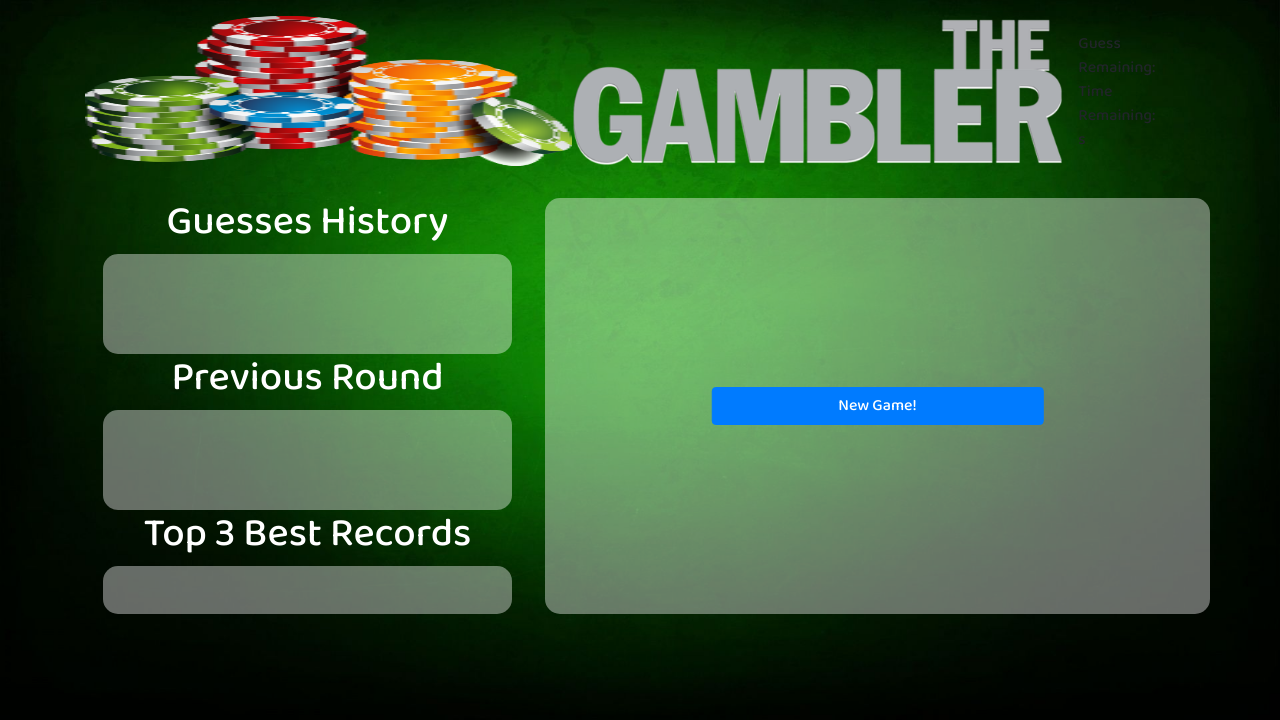
Repository: tts2610/TheCheapShootingGame
Page: index.html
An editor plug-in stored every save of this project. The page is shown before and after the next save, followed by the edit.
The browser window is 1280 px wide. The pictures show the whole page.

Above is the page before, as saved 2020-05-15 12:18:31.

### index.html
<!DOCTYPE html>
<html lang="en">

<head>
    <meta charset="UTF-8">
    <meta name="viewport" content="width=device-width, initial-scale=1.0">
    <title>Document</title>
    <link rel="stylesheet" href="https://maxcdn.bootstrapcdn.com/bootstrap/4.4.1/css/bootstrap.min.css">

    <!-- jQuery library -->
    <script src="https://ajax.googleapis.com/ajax/libs/jquery/3.4.1/jquery.min.js"></script>

    <!-- Popper JS -->
    <script src="https://cdnjs.cloudflare.com/ajax/libs/popper.js/1.16.0/umd/popper.min.js"></script>

    <!-- Latest compiled JavaScript -->
    <script src="https://maxcdn.bootstrapcdn.com/bootstrap/4.4.1/js/bootstrap.min.js"></script>

    <link href="https://fonts.googleapis.com/css2?family=Baloo+2:wght@500&display=swap" rel="stylesheet">

    <link rel="stylesheet" href="css/style.css">

</head>

<body>
    <div aria-live="polite" aria-atomic="true" style="position: relative;">
        <div style="position: absolute; top: 20px; right: 20px;" id="toast-container">
        </div>
    </div>
    <section class="container pb-5 pt-3 numberGuessingBox">
        <div class="img-container">
            <img class="center mb-3" src="img/chips.png" width="auto" height="150">
            <img class="center mb-3" src="img/gambler.png" width="auto" height="150">
            <!-- <img class="center mb-3" src="img/cards.png" width="auto" height="150"> -->
            <div class="result my-3" style="width: 150px; height: 150px;">
                <div class="col">Guess Remaining:
                    <span id="guessRemaining"></span>
                </div>
                <div class="col">Time Remaining:
                    <div id="secondRemaining">s</div>
                </div>
            </div>
        </div>

        <div class="row">
            <div class="col-5 left_handSide px-5">
                <h1 style="text-align: center;">Guesses History</h1>
                <div class="row box-1 py-4 px-4" id="guessHistory">

                </div>
                <h1 style="text-align: center;">Previous Round</h1>
                <div class="row box-3 py-2 px-4" id="previousRound">

                </div>
                <h1 style="text-align: center;">Top 3 Best Records</h1>
                <div class="row box-2 py-4 px-4" id="ranking">

                </div>

            </div>
            <div class="col-7 right_handSide px-5">
                <!-- <button onclick="startGame()" class="btn btn-light" id="startGameBtn">New Game!</button> -->

                <button type="button" class="btn btn-primary" id="startGameBtn" data-toggle="modal" data-target="#exampleModal">
                    New Game!
                  </button>

                <canvas id="myCanvas">

                </canvas>


                <!-- <div id="inputDiv">
                    <div class="form customForm py-5">
                        <input type="number" class="form-control" id="guessInput" placeholder="Enter your guess here:" autofocus="autofocus" required>
                        <div class="submitBtn">
                            <button type="button" class="btn btn-primary mt-4" onclick="guessSubmit()" id="guessBtn">Guess</button>
                            <button type="button" class="btn btn-danger mt-4" onclick="reset()" id=resetBtn>Reset</button>
                        </div>
                    </div>

                    <div class="result my-3">
                        <div>Guess Remaining:
                            <span id="guessRemaining"></span>
                        </div>
                        <div>Time Remaining:
                            <div id="secondRemaining">s</div>
                        </div>
                    </div>
                </div> -->


            </div>
        </div>
    </section>

    <script src="js/script.js"></script>
</body>

<!-- Modal -->
<div class="modal fade" id="exampleModal" tabindex="-1" role="dialog" aria-labelledby="exampleModalLabel" aria-hidden="true">
    <div class="modal-dialog" role="document">
        <div class="modal-content">
            <div class="modal-header">
                <h5 class="modal-title" id="exampleModalLabel">Modal title</h5>
                <button type="button" class="close" data-dismiss="modal" aria-label="Close">
            <span aria-hidden="true">&times;</span>
          </button>
            </div>
            <div class="modal-body">
                ...
            </div>
            <div class="modal-footer">
                <button type="button" class="btn btn-primary" data-dismiss="modal" onclick="startGame()">Save changes</button>
            </div>
        </div>
    </div>
</div>

</html>

### css/style.css
body {
    font-family: 'Baloo 2', cursive;
    background: url(../img/bg.jpg) no-repeat center center fixed;
    background-size: 100% 100%;
    height: 100%;
    position: absolute;
    width: 100%;
}

h1 {
    color: white;
}

::-webkit-scrollbar {
    -webkit-appearance: none;
    width: 7px;
}

 ::-webkit-scrollbar-thumb {
    border-radius: 4px;
    background-color: rgba(0, 0, 0, .5);
    box-shadow: 0 0 1px rgba(255, 255, 255, .5);
}

.numberGuessingBox .row .left_handSide .box-1 {
    background-color: rgb(255, 255, 255);
    /* Fallback color */
    background-color: rgba(255, 255, 255, 0.4);
    height: 100px;
    border-radius: 15px;
    display: flex;
    flex-direction: column;
}

.numberGuessingBox .row .left_handSide .box-2 {
    background-color: rgb(255, 255, 255);
    /* Fallback color */
    background-color: rgba(255, 255, 255, 0.4);
    height: auto;
    border-radius: 15px;
    display: flex;
    flex-direction: column;
}

.numberGuessingBox .row .left_handSide .box-3 {
    background-color: rgb(255, 255, 255);
    /* Fallback color */
    background-color: rgba(255, 255, 255, 0.4);
    height: 100px;
    border-radius: 15px;
    overflow-y: auto;
}

.numberGuessingBox .row .right_handSide {
    background-color: rgb(255, 255, 255);
    /* Fallback color */
    background-color: rgba(255, 255, 255, 0.4);
    /* Black w/opacity/see-through */
    border-radius: 15px;
    width: auto;
    color: white;
    font-weight: bold;
}

.numberGuessingBox .row .right_handSide .customForm {
    width: 50%;
    position: absolute;
    top: 30%;
    left: 50%;
    transform: translate(-50%, -50%);
}

.numberGuessingBox .row .right_handSide .result {
    width: 50%;
    position: absolute;
    top: 65%;
    left: 50%;
    transform: translate(-50%, -50%);
    font-size: xx-large;
    text-align: center;
}

.numberGuessingBox .row .right_handSide .customForm .submitBtn {
    display: flex;
    justify-content: space-around;
}

#inputDiv {
    display: none;
}

#startGameBtn {
    width: 50%;
    position: absolute;
    top: 50%;
    left: 50%;
    transform: translate(-50%, -50%);
}

#ranking {
    display: flex;
    flex-direction: inherit;
}

.center {
    display: block;
    margin-left: auto;
    margin-right: auto;
    width: 50%;
}

.base-timer {
    position: relative;
    width: 100px;
    height: 100px;
}

.base-timer__svg {
    transform: scaleX(-1);
}

.base-timer__circle {
    fill: none;
    stroke: none;
}

.base-timer__path-elapsed {
    stroke-width: 7px;
    stroke: grey;
}

.base-timer__path-remaining {
    stroke-width: 7px;
    stroke-linecap: round;
    transform: rotate(90deg);
    transform-origin: center;
    transition: 1s linear all;
    fill-rule: nonzero;
    stroke: currentColor;
}

.base-timer__path-remaining.green {
    color: rgb(65, 184, 131);
}

.base-timer__path-remaining.orange {
    color: orange;
}

.base-timer__path-remaining.red {
    color: red;
}

.base-timer__label {
    position: absolute;
    width: 100px;
    height: 100px;
    top: 0;
    display: flex;
    align-items: center;
    justify-content: center;
    font-size: 24px;
}

.img-container {
    display: flex;
}

### js/script.js
// FOR NEW GAME EFFECT
let canvas = document.getElementById("myCanvas");
let startGameBtn = document.getElementById("startGameBtn");

// VARIABLE FOR CALCULATE
let historyBox = [];
let bestScores = [];
let previousRecord = [];
let guess = 5;
let second = 20;
let randomNumber = Math.floor(Math.random() * 100) + 1;
let timer;

// USER INPUT
// let input = document.getElementById("guessInput");

// LEFT BOXES
let guessHistory = document.getElementById("guessHistory");
let ranking = document.getElementById("ranking");
let previousRound = document.getElementById("previousRound");

// RIGHT BOXES
// let secondRemaining = document.getElementById("secondRemaining");
// let guessRemaining = document.getElementById("guessRemaining");
// let finalResult = document.getElementById("finalResult");

// BUTTONS
// let guessBtn = document.getElementById("guessBtn");
// let resetBtn = document.getElementById("resetBtn");


// TOASTER + TOASTER OUTPUT
let toaster = document.getElementById("toast-container");
let prompts = { 1: "Too Low!", 2: "Too High!", 3: "You already input that number!", 4: "Better luck next time!", 5: "Great Job!", 6: "Please input your number!" }


// =========== MAIN ============

// ENTER KEY PRESSED
// $(document).keypress(function(e) {
//     if (e.which == 13) {
//         $("#guessBtn").click();
//     }
// });

$(document).ready(function() {
    canvas.style.display = "none";
    // input.disabled = true;
    // guessBtn.disabled = true;
    // resetBtn.disabled = true;
});

// NEW-GAME BUTTON PRESSED
function startGame() {
    window.scroll(0, 0);
    toaster.innerHTML = ""
        // secondRemaining.innerHTML = second;
        // timecounting();
        // guessRemaining.textContent = guess;
    loadImages();
    setupKeyboardListeners();
    main();
    displayDiv();
    // enableOrDisableBtn();
    // autoFocus();
}


// GUESS BUTTON PRESSED
function guessSubmit() {
    // if (guessBtn.disabled) return;
    // else if (input.value == '' && !guessBtn.disabled) {
    //     createAlert(6);
    //     return;
    // }
    let result = getResult();
    createAlert(result);

    if ([4, 5].includes(result)) {
        resetToDefault();
        enableOrDisableBtn();
        displayDiv();
        insertPreviousRecord();
    }
    bestScores.sort((a, b) => (a.guessRemain > b.guessRemain) ? -1 : 1);
    guessHistory.innerHTML = "";
    historyBox.forEach(element => {
        var p = document.createElement("p");
        var img = document.createElement("img")
        img.src = "img/dice.png";
        img.width = 60;
        img.height = 60;
        var textnode = document.createTextNode(element); // Create a text node
        p.appendChild(img);
        p.appendChild(textnode);
        guessHistory.append(p);
    });

    if (result == 5) {
        ranking.innerHTML = "";
        bestScores.forEach((element, i) => {
            if (i == 3) {
                return;
            }
            var p = document.createElement("div");
            p.className = "mt-3 mx-4";
            var img = document.createElement("img")
            img.src = "img/" + ++i + ".png";
            img.width = 64;
            img.height = 64;
            var textnode = document.createTextNode("Sean finished with " + (guess - element.guessRemain + 1) + " tries in " + (second - element.timeRemain) + "s!");
            p.appendChild(img);
            p.appendChild(textnode);
            var hr = document.createElement("hr");
            ranking.append(p);
            ranking.append(hr);
        });
    }

    // clear after insert
    // input.value = "";
    autoFocus();
}

// RESET BUTTON PRESSED
function reset() {
    resetToDefault();
    enableOrDisableBtn();
    displayDiv();
}

// ============END-MAIN===========

// =========EXTRA-FUNCTIONS=======

// function enableOrDisableBtn() {
//     if (!input.disabled && !guessBtn.disabled && !resetBtn.disabled) {
//         input.disabled = true;
//         guessBtn.disabled = true;
//         resetBtn.disabled = true;
//     } else {
//         input.disabled = false;
//         guessBtn.disabled = false;
//         resetBtn.disabled = false;
//     }

// }

function displayDiv() {
    if (canvas.style.display === "block" && startGameBtn.style.display === "none") {
        canvas.style.display = "none";
        startGameBtn.style.display = "block";
    } else {
        canvas.style.display = "block";
        startGameBtn.style.display = "none";
    }

}

function resetToDefault() {
    clearInterval(timer);
    guess = 5;
    second = 20;
    historyBox = [];
    guessHistory.innerHTML = "";
    randomNumber = Math.floor(Math.random() * 100) + 1;
}

// function timecounting() {
//     timer = setInterval(() => {
//         if (second == 0) {
//             previousRecord.push(["FAILED", guess, second]);
//             clearInterval(timer);
//             createAlert(4);
//             reset();
//             insertPreviousRecord();
//             return;
//         }
//         second -= 1;
//         secondRemaining.innerHTML = second + "s";
//     }, 1000)

// }

// function getResult() {
//     let result = 0;
//     if (historyBox.includes(input.value)) {
//         result = 3;
//     } else {
//         historyBox.push(input.value);
//         if (input.value == randomNumber) {
//             bestScores.push({ guessRemain: guess, timeRemain: second });
//             previousRecord.push(["SUCCEED", guess - 1, second])
//             return 5;
//         } else if (input.value < randomNumber) {
//             result = 1;
//         } else if (input.value > randomNumber) {
//             result = 2;
//         }
//         guessRemaining.textContent = --guess;
//         if (guess == 0) {
//             result = 4;
//             previousRecord.push(["FAILED", guess, second])
//         }
//     }
//     return result;
// }


function createAlert(alertType) {

    let alertColor = [1, 2, 3, 4, 6].includes(alertType) ? "btn-danger" : "btn-info";
    let text = prompts[alertType];

    text += [4, 5].includes(alertType) ? "! Try another round to rank up!" : "";

    if (toaster.childElementCount > 1 || [4, 5].includes(alertType)) {
        toaster.innerHTML = "";
    }

    toaster.innerHTML += `<div class="toast" id="toast" role="alert" aria-live="assertive" aria-atomic="true" data-delay="5000">
    <div class="toast-body ${alertColor}" style="letter-spacing: 1px;">
        ${text}
    </div>
    </div>`;
    $('.toast').toast('show');
}


function insertPreviousRecord() {
    previousRound.innerHTML = "";
    // just for printing, have to reverse back after printing
    previousRecord.reverse();

    previousRecord.forEach(element => {
        var p = document.createElement("div");
        p.className = "mt-3 mx-4";
        var img = document.createElement("img")
        img.src = element[0] == "FAILED" ? "img/red_cross.png" : "img/green_tick.png";
        img.width = 32;
        img.height = 32;
        var textnode = document.createTextNode(element[0] + " / " + "Finished with " + (guess - element[1]) + " tries in " + (second - element[2]) + "s");
        p.appendChild(img);
        p.appendChild(textnode);

        previousRound.append(p);
    });
    previousRecord.reverse();
}

// function autoFocus() {
//     input.focus();
// }


// FOR THE GAME

ctx = canvas.getContext("2d");
canvas.width = 512;
canvas.height = 480;

let bgReady, heroReady, monsterReady;
let bgImage, heroImage, monsterImage;

let startTime = Date.now();
const SECONDS_PER_ROUND = 30;
let elapsedTime = 0;

function loadImages() {
    bgImage = new Image();
    bgImage.onload = function() {
        // show the background image
        bgReady = true;
    };
    bgImage.src = "img/background.png";
    heroImage = new Image();
    heroImage.onload = function() {
        // show the hero image
        heroReady = true;
    };
    heroImage.src = "img/hero.png";

    monsterImage = new Image();
    monsterImage.onload = function() {
        // show the monster image
        monsterReady = true;
    };
    monsterImage.src = "img/monster.png";
}

/**
 * Setting up our characters.
 *
 * Note that heroX represents the X position of our hero.
 * heroY represents the Y position.
 * We'll need these values to know where to "draw" the hero.
 *
 * The same applies to the monster.
 */

let heroX = canvas.width / 2;
let heroY = canvas.height / 2;

let monsterX = 100;
let monsterY = 100;

/**
 * Keyboard Listeners
 * You can safely ignore this part, for now.
 *
 * This is just to let JavaScript know when the user has pressed a key.
 */
let keysDown = {};

function setupKeyboardListeners() {
    // Check for keys pressed where key represents the keycode captured
    // For now, do not worry too much about what's happening here.
    addEventListener("keydown", function(key) {
        keysDown[key.keyCode] = true;
    }, false);

    addEventListener("keyup", function(key) {
        delete keysDown[key.keyCode];
    }, false);
}


/**
 *  Update game objects - change player position based on key pressed
 *  and check to see if the monster has been caught!
 *
 *  If you change the value of 5, the player will move at a different rate.
 */
let update = function() {
    // Update the time.
    elapsedTime = Math.floor((Date.now() - startTime) / 1000);


    if (38 in keysDown) { // Player is holding up key
        heroY -= 5;
    }
    if (40 in keysDown) { // Player is holding down key
        heroY += 5;
    }
    if (37 in keysDown) { // Player is holding left key
        heroX -= 5;
    }
    if (39 in keysDown) { // Player is holding right key
        heroX += 5;
    }

    if (heroX <= 0) {
        heroX = canvas.width - 32;
    } else if (heroX > canvas.width - 32) {
        heroX = 0;
    }

    if (heroY < 0) {
        heroY = canvas.height - 32;
    } else if (heroY > canvas.height - 32) {
        heroY = 0;
    }

    // Check if player and monster collided. Our images
    // are about 32 pixels big.
    if (
        heroX <= (monsterX + 32) &&
        monsterX <= (heroX + 32) &&
        heroY <= (monsterY + 32) &&
        monsterY <= (heroY + 32)
    ) {
        // Pick a new location for the monster.
        // Note: Change this to place the monster at a new, random location.
        monsterX = Math.abs(Math.floor(Math.random() * canvas.width - 32));
        monsterY = Math.abs(Math.floor(Math.random() * canvas.height - 32));
    }
};

/**
 * This function, render, runs as often as possible.
 */
var render = function() {
    if (bgReady) {
        ctx.drawImage(bgImage, 0, 0);
    }
    if (heroReady) {
        ctx.drawImage(heroImage, heroX, heroY);
    }
    if (monsterReady) {
        ctx.drawImage(monsterImage, monsterX, monsterY);
    }
    ctx.fillText(`Seconds Remaining: ${SECONDS_PER_ROUND - elapsedTime}`, 20, 100);
};

/**
 * The main game loop. Most every game will have two distinct parts:
 * update (updates the state of the game, in this case our hero and monster)
 * render (based on the state of our game, draw the right things)
 */
var main = function() {
    update();
    render();
    // Request to do this again ASAP. This is a special method
    // for web browsers.
    requestAnimationFrame(main);
};

After the next save:
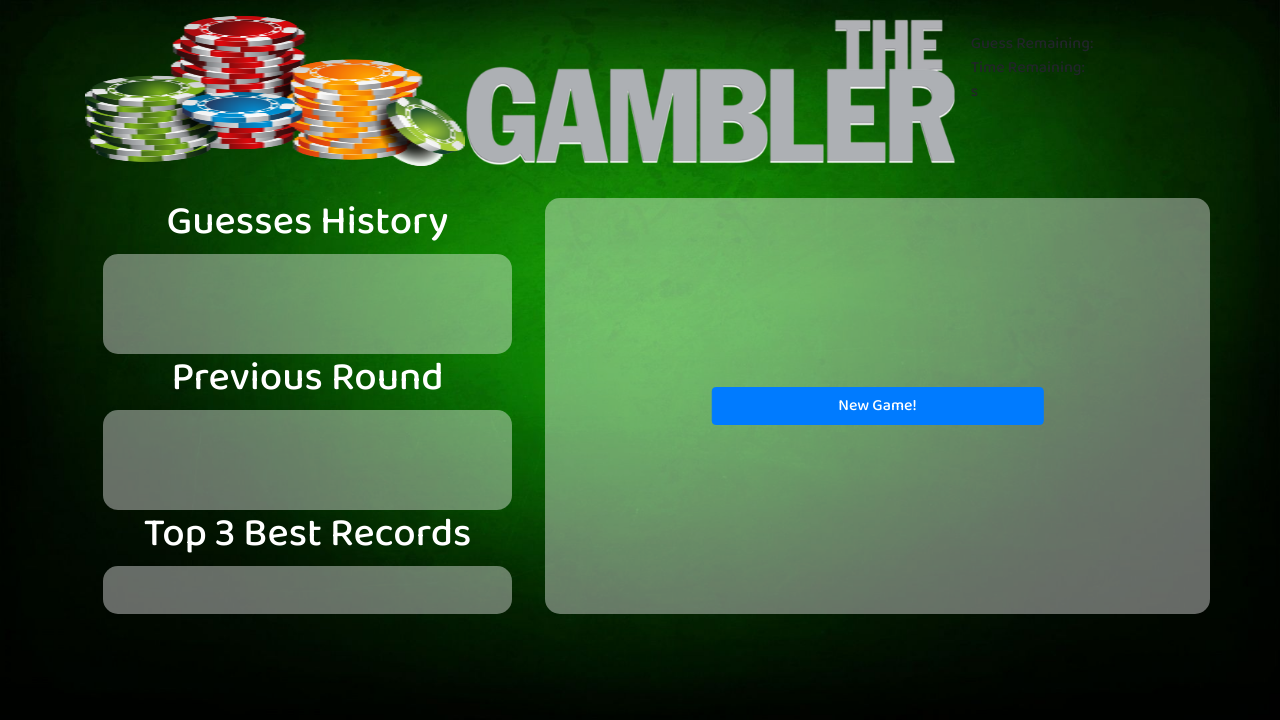
Saved 5 s later.
--- a/index.html
+++ b/index.html
@@ -32,7 +32,7 @@
             <img class="center mb-3" src="img/chips.png" width="auto" height="150">
             <img class="center mb-3" src="img/gambler.png" width="auto" height="150">
             <!-- <img class="center mb-3" src="img/cards.png" width="auto" height="150"> -->
-            <div class="result my-3" style="width: 150px; height: 150px;">
+            <div class="result my-3" style="width: 350px; height: 150px;">
                 <div class="col">Guess Remaining:
                     <span id="guessRemaining"></span>
                 </div>
